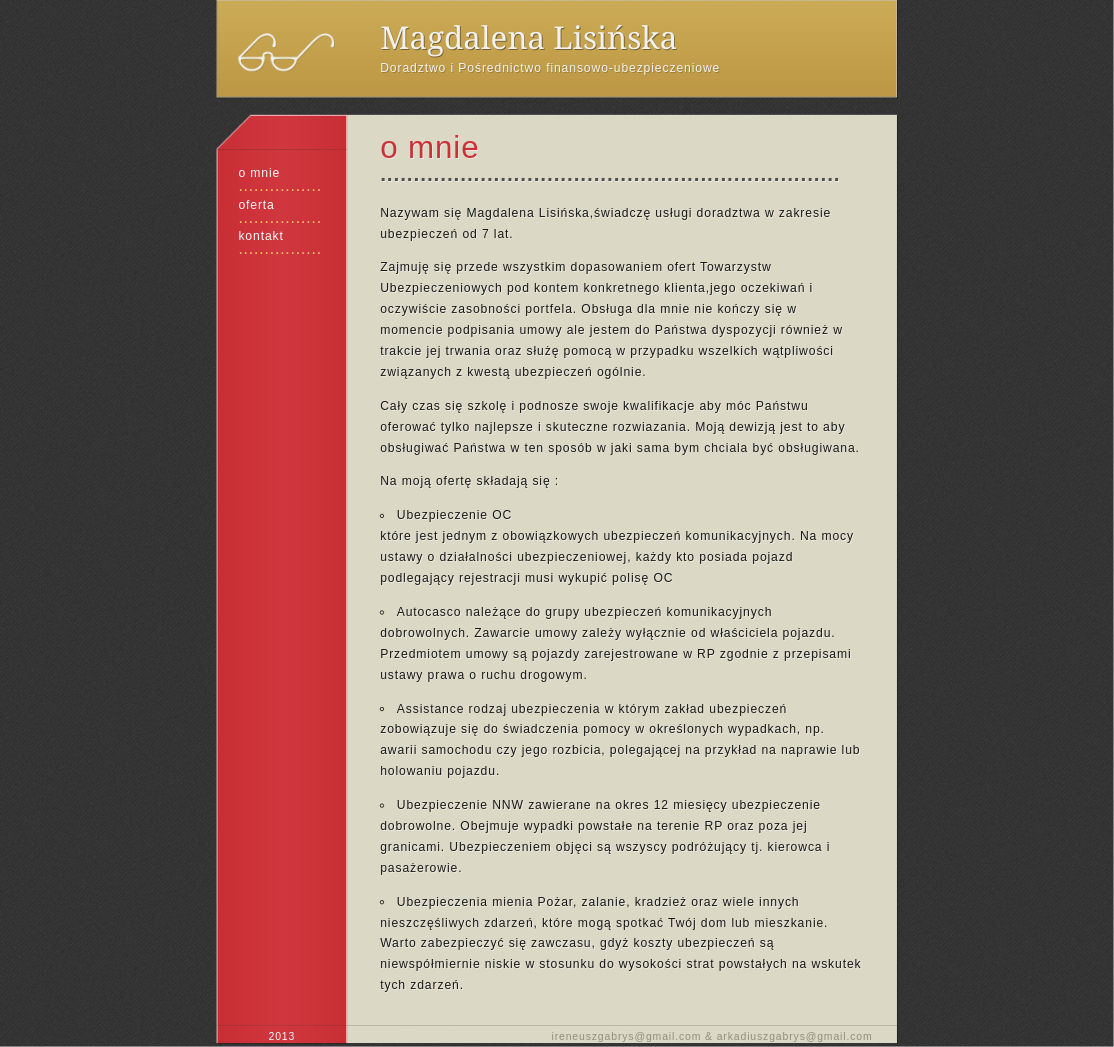
Repository: gabr/php_elicpse_workspace
Page: Magda Lisinska/index.html
The author's editor kept a copy of each file at every save. The page is drawn from the files as they stood at one save, then again after a run of saves.
The browser window is 1280 px wide. The pictures show the whole page, at 87% of full size.

Above is the page before, as saved 2013-03-08 13:40:14.

After the next 2 saves:
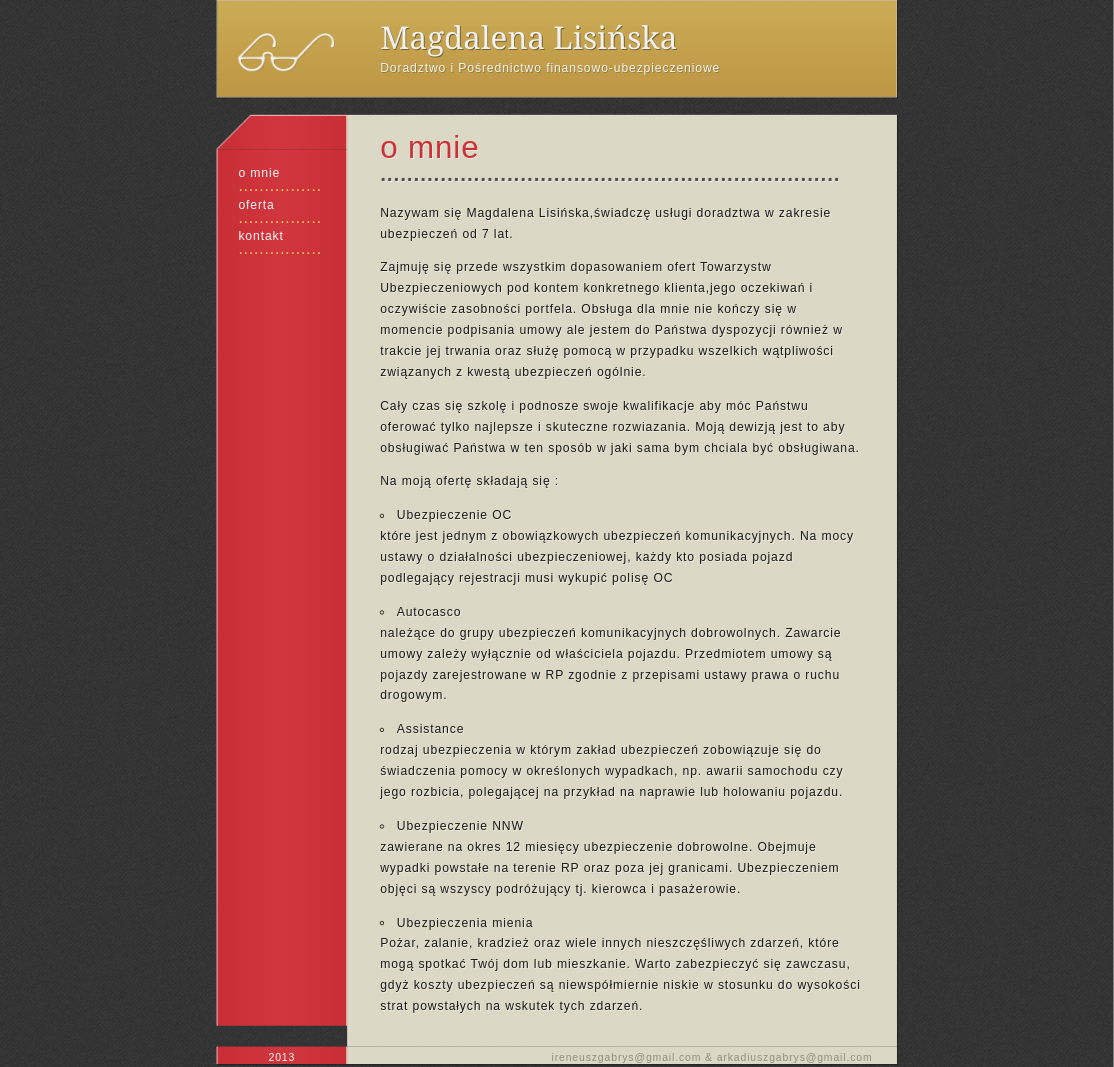
The 2 saves are shown as one change because they came seconds apart.
The last was saved 64 s later.
--- a/Magda Lisinska/index.html
+++ b/Magda Lisinska/index.html
@@ -68,29 +68,38 @@
           jaki sama bym chciala być obsługiwana.</p>
         <p>Na moją ofertę składają się :</p>
         <ul>
-          <li>Ubezpieczenie OC <p>które jest jednym z obowiązkowych
-            ubezpieczeń komunikacyjnych. Na mocy ustawy o działalności
-            ubezpieczeniowej, każdy kto posiada pojazd podlegający
-            rejestracji musi wykupić polisę OC<p></li>
-          <li>Autocasco należące do grupy ubezpieczeń
-            komunikacyjnych dobrowolnych. Zawarcie umowy zależy
-            wyłącznie od właściciela pojazdu. Przedmiotem umowy są
-            pojazdy zarejestrowane w RP zgodnie z przepisami ustawy
-            prawa o ruchu drogowym.</li>
-          <li>Assistance rodzaj ubezpieczenia w którym zakład
-            ubezpieczeń zobowiązuje się do świadczenia pomocy w
-            określonych wypadkach, np. awarii samochodu czy jego
-            rozbicia, polegającej na przykład na naprawie lub holowaniu
-            pojazdu.</li>
-          <li>Ubezpieczenie NNW zawierane na okres 12 miesięcy
-            ubezpieczenie dobrowolne. Obejmuje wypadki powstałe na
-            terenie RP oraz poza jej granicami. Ubezpieczeniem objęci są
-            wszyscy podróżujący tj. kierowca i pasażerowie.</li>
-          <li>Ubezpieczenia mienia Pożar, zalanie, kradzież oraz
-            wiele innych nieszczęśliwych zdarzeń, które mogą spotkać
-            Twój dom lub mieszkanie. Warto zabezpieczyć się zawczasu,
-            gdyż koszty ubezpieczeń są niewspółmiernie niskie w stosunku
-            do wysokości strat powstałych na wskutek tych zdarzeń.</li>
+          <li>Ubezpieczenie OC
+            <p>które jest jednym z obowiązkowych ubezpieczeń
+              komunikacyjnych. Na mocy ustawy o działalności
+              ubezpieczeniowej, każdy kto posiada pojazd podlegający
+              rejestracji musi wykupić polisę OC</p>
+          </li>
+          <li>Autocasco
+            <p>należące do grupy ubezpieczeń komunikacyjnych
+              dobrowolnych. Zawarcie umowy zależy wyłącznie od
+              właściciela pojazdu. Przedmiotem umowy są pojazdy
+              zarejestrowane w RP zgodnie z przepisami ustawy prawa o
+              ruchu drogowym.</p>
+          </li>
+          <li>Assistance
+            <p>rodzaj ubezpieczenia w którym zakład ubezpieczeń
+              zobowiązuje się do świadczenia pomocy w określonych
+              wypadkach, np. awarii samochodu czy jego rozbicia,
+              polegającej na przykład na naprawie lub holowaniu pojazdu.</p>
+          </li>
+          <li>Ubezpieczenie NNW
+            <p>zawierane na okres 12 miesięcy ubezpieczenie
+              dobrowolne. Obejmuje wypadki powstałe na terenie RP oraz
+              poza jej granicami. Ubezpieczeniem objęci są wszyscy
+              podróżujący tj. kierowca i pasażerowie.</p>
+          </li>
+          <li>Ubezpieczenia mienia
+            <p>Pożar, zalanie, kradzież oraz wiele innych
+              nieszczęśliwych zdarzeń, które mogą spotkać Twój dom lub
+              mieszkanie. Warto zabezpieczyć się zawczasu, gdyż koszty
+              ubezpieczeń są niewspółmiernie niskie w stosunku do
+              wysokości strat powstałych na wskutek tych zdarzeń.</p>
+          </li>
         </ul>
       </div>
     </div>
